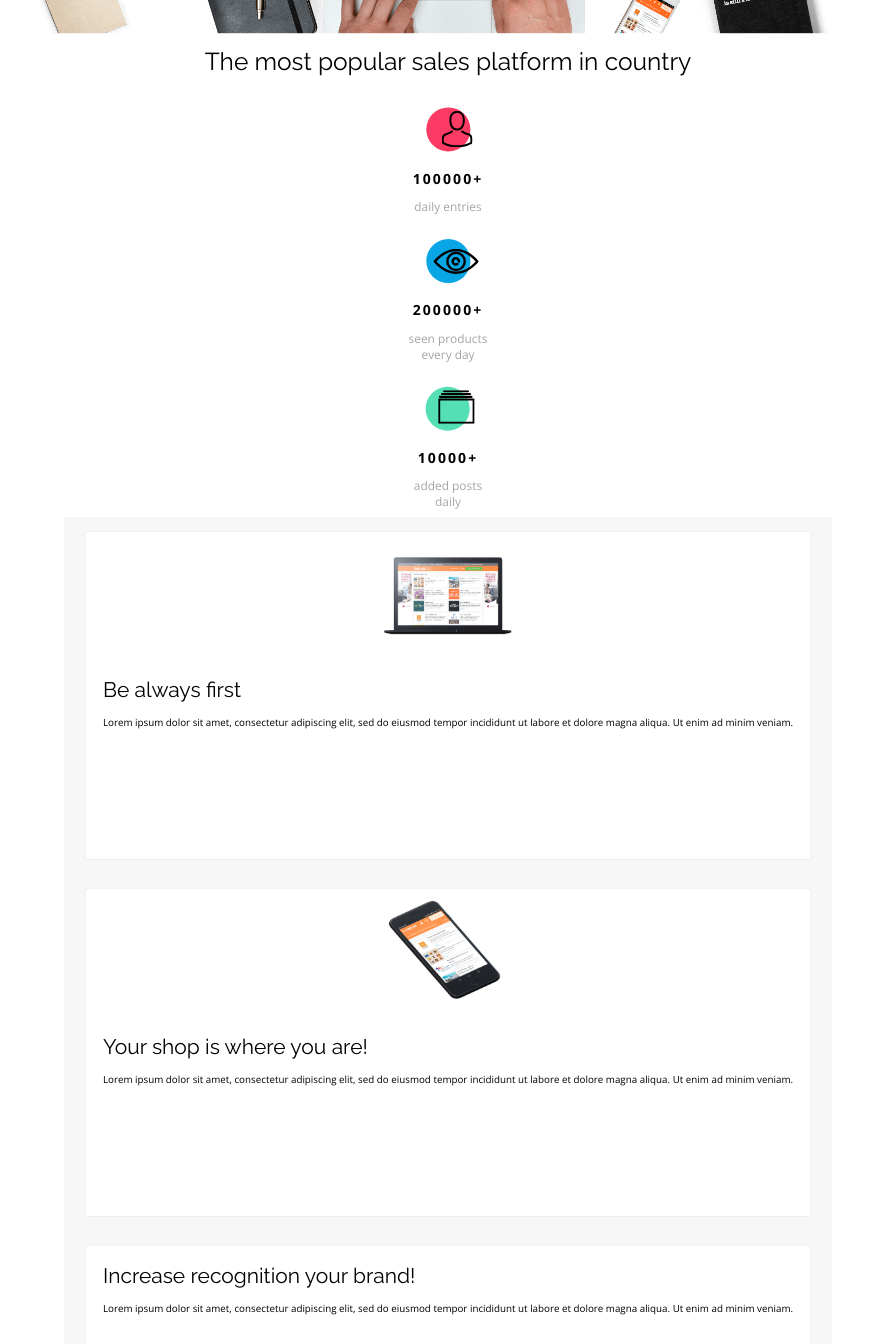
Repository: artwol993/BestShop
Page: index.html
The author's editor kept a copy of each file at every save. The page is drawn from the files as they stood at one save, then again after the next save.
The browser window is 1280 px wide. The pictures show the part of the page from y = 688 to 2608 px (the page is 3194 px tall), at 70% of full size.
The style sheet was rebuilt from its Sass, Less or Tailwind sources for each picture, by a compiler version that may differ from the author's.

Above is the page before, as saved 2020-05-31 18:25:02.

### index.html
<!DOCTYPE html>
<html lang="en">
<head>
    <meta charset="UTF-8">
    <meta name="viewport" content="width=device-width, initial-scale=1.0">
    <title>BestShop[artwol993]</title>
    <link rel="stylesheet" href="css/main.css">
    <style>
        @import url('https://fonts.googleapis.com/css2?family=Open+Sans:wght@400;700&display=swap');
    </style>
    <style>
        @import url('https://fonts.googleapis.com/css2?family=Raleway:wght@300;400;700;800&display=swap');
    </style>
</head>
<body>
    <div class="main__container">
        <header>
            <div class="logo">BestShop</div>
            <nav class="nav">
                <!-- <button class="hamburger" aria-label="Menu">
                    <span class="hamburger__container" tabindex="-1">
                        <span class="hamburger__bars"></span>
                      </span>
                </button> -->
                <div class="side__menu">
                    <!-- <ul class="nav__list">
                        <li class="nav__list-item"><a href="" class="nav__link">why us</a></li>
                        <li class="nav__list-item"><a href="" class="nav__link">benefits</a></li>
                        <li class="nav__list-item"><a href="" class="nav__link">prices</a></li>
                        <li class="nav__list-item"><a href="" class="nav__link">contact</a></li>
                    </ul> -->
                </div>
            </nav>
        </header>

        <div class="content__container">
            <div class="main">

<!-- welcome-section -->

                <section class="welcome">
                    <div class="welcome__content">
                        <h1>Sell More!</h1>
                        <p>Open shop on our platform and incrase your sales</p>
                        <button class="main-btn">Open your shop</button>
                    </div>
                    <img src="/assets/Background.png" alt="notebook-picture" class="welcome__picture">
                </section>

<!-- stats-section -->

                <section class="stats">
                    <h2>The most popular sales platform in country</h2>
                    <div class="stats__container">
                        <div class="stats__bin">
                            <div class="stats__circle-person"></div>
                            <img src="./assets/Person.svg" alt="person-contour" class="stats__img-person">
                            <span>100000+</span>
                            <p>daily entries</p>
                        </div>
                        <div class="stats__bin">
                            <div class="stats__circle-eye"></div>
                            <img src="./assets/Eye.svg" alt="person-contour" class="stats__img-eye">
                            <span>200000+</span>
                            <p>seen products<br> every day</p>
                        </div>
                        <div class="stats__bin">
                            <div class="stats__circle-catalog"></div>
                            <img src="./assets/Catalog.svg" alt="person-contour" class="stats__img-catalog">
                            <span>10000+</span>
                            <p>added posts <br> daily</p>
                        </div>
                    </div>
                </section>

<!-- profits-section -->

                <section class="profits">
                    <div class="profits__container">
                        <div class="profits__box">
                            <div class="profits__box__double-img">
                                <img src="/assets/Macbook.png" alt="notebook-picture" class="notebook-picture">
                            </div>
                            <div class="profits__box__double">
                                <h2>Be always first</h2>
                                <p>Lorem ipsum dolor sit amet, consectetur adipiscing elit, sed do eiusmod tempor incididunt ut labore et dolore magna aliqua. Ut enim ad minim veniam.</p>
                            </div>
                        </div>
                        <div class="profits__box">
                            <div class="profits__box__double-img">
                                <img src="/assets/iPhone.png" alt="phone-picture" class="phone-picture">
                            </div>
                            <div class="profits__box__double">
                                <h2>Your shop is where you are!</h2>
                                <p>Lorem ipsum dolor sit amet, consectetur adipiscing elit, sed do eiusmod tempor incididunt ut labore et dolore magna aliqua. Ut enim ad minim veniam.</p>
                            </div>
                        </div>
                        <div class="profits__box">
                            <div class="profits__box__double">
                                <h2>Increase recognition your brand!</h2>
                                <p>Lorem ipsum dolor sit amet, consectetur adipiscing elit, sed do eiusmod tempor incididunt ut labore et dolore magna aliqua. Ut enim ad minim veniam.</p>
                            </div>
                            <div class="profits__box__double-img" class="trumpet">
                                <img src="/assets/Trumpet.png" alt="trumpet-photo" >
                            </div>
                        </div>

                    </div>
                </section>

<!-- pricing-section -->

                <section class="pricing">
                    <div class="pricing__container">
                        <h2></h2>
                        <div class="pricing__box">
                            <div class="pricing__box__price">

                            </div>
                            <div class="pricing__box__list">
                            <li class="include">100 MB HDD</li>
                            <li class="include">1 Subdomain</li>
                            <li class="include">2 E-mails</li>
                            <li class="not__include">Two years license</li>
                            <li class="not__include">Full support</li>

                        </div>
                        </div>
                        <div class="pricing__box">
                            <div class="pricing__box">
                                <div class="pricing__box__price">
                                    <ul class="pricing__list">
                                        <li class="include">500 MB HDD</li>
                                        <li class="include">2 Subdomain</li>
                                        <li class="include">5 E-mails</li>
                                        <li class="include">One year license</li>
                                        <li class="not__include">Full support</li>
                                    </ul>
                                </div>

                            </div>
                        </div>
                        <div class="pricing__box">

                        </div>


                    </div>
                </section>

<!-- contact-section -->

                <section class="contact"></section>
            </div>
        </div>

        <footer>
            <div class="logo">BestShop</div>
            <div class="footer-icon"></div>
            <div class="footer-icon"></div>
        </footer>
    </div>
</body>
</html>

### scss/main.scss
    $c-primary-first: #08a6e4;
    $c-primary-second: #fb3b64;
    $c-primary-third: #55dfb4;
    $c-black: #000000;
    $c-white: #ffffff;
    $c-background: #f7f7f7;
    $c-details: #a5a5a5;
    $c-shadow: #00000029;
    $f-h: 'Raleway', sans-serif;
    $f-p: 'Open Sans', sans-serif;
    $fw-light: 300;
    $fw-normal: 400;
    $fw-bold: 700;
    $fw-black: 800;

/*reset*/

  * {
      margin: 0;
      padding: 0;
      box-sizing: border-box;
  }

  /* fonts */

  a, p, ul, span {
    font-family: $f-p;
  }

  h1 {
    font-size: 3.063rem;
    font-weight: $fw-normal;
    font-family: $f-h;
    color: $c-black;
  }

  h2 {
    font-size: 2.188rem;
    font-weight: $fw-normal;
    font-family: $f-h;
    color: $c-black;
  }

  h3 {
    font-size: 1.25rem;
    font-weight: $fw-bold;
    margin: 5px;
    font-family: $f-h;
    color: $c-black;
  }

  .logo {
    font-size: 2rem;
    font-weight: $fw-light;
    font-family: $f-h;
    color: $c-primary-first;
    text-decoration: none;
    cursor: pointer;
  }

  .body {
      width: 100vh;
  }
  /*header*/
  header {
      height: 70px;
      display: flex;
      align-items: center;
      justify-content: space-between;
      padding: 0 25px;
      box-shadow: 0px 3px 6px $c-shadow;
  }

//   .hamburger {
//     margin: 0;
//     padding: 0;
//     border: 0;
//     background-color: transparent;
//     cursor: pointer;
//     &:focus {
//         & > .hamburger__container {
//           	box-shadow: 0 0 2px 2px #51a7e8;
//         }
//     }
//   }

//   .hamburger__container {
//     display: flex;
//     align-items: center;
//     position: relative;
//     width: 35px;
//     height: 30px;
//   }

//   .hamburger__bars {
//     position: absolute;
//     width: 35px;
//     height: 2px;
//     background-color: #000;
//     transition: transform 220ms ease-in-out;
//     &:before, &:after {
//         display: block;
//         position: absolute;
//         width: 35px;
//         height: 2px;
//         background-color: #000;
//         content: '';
//     }
//     &:before {
//         top: -12px;
//         transition: top 100ms 250ms ease-in, transform 220ms ease-in-out;
//     }
//     &:after {
//         bottom: -12px;
//         transition: bottom 100ms 250ms ease-in,
//           			transform 220ms ease-in-out;
//     }
//   }

//   .hamburger--active {
//     .hamburger__bars {
//         transform: rotate(225deg);
//         transition: transform 220ms 120ms ease-in-out;
//         &:before {
//             top: 0;
//             transition: top 100ms ease-out;
//         }
//         &:after {
//             bottom: 0;
//             transform: rotate(-90deg);
//             transition: bottom 100ms ease-out,
//             		  	transform 220ms 120ms ease-in-out;
//         }
//     }
// }

//   .hamburger, .hamburger__container {
//     &:focus {
//       	outline: none;
//   	}
//   }

//   .side__menu {
//     display: flex;
//     box-sizing: border-box;
//     position: absolute;
//     height: 70%;
//     width: 200px;
//     top: 70px;
//     right: -300px;
//     padding: 0;
//     background-color: red;
//     transition: 0.3s transform ease-in-out;
//   }

//   .side__menu ul {
//     position: absolute;
//     display: flex;
//     flex-direction: column;
//     box-sizing: border-box;
//     height: calc(100% - 70px);
//     flex-wrap: wrap;
//     margin: 0 10px;
//     padding: 0;
//     list-style-type: none;
//     align-content: flex-start;
//   }

//   .side-__menu ul li {
//     display: flex;
//     flex-direction: column;
//     height: 30px;
//     background: $c-primary-second;
//     flex-basis: 100%;
//     margin-top: 70px;
//     color: #696e9e;
//     border-radius: 5px;
//     overflow: hidden;
//   }

//   .side__menu ul li a {
//     display: flex;
//     padding: 10px;
//     align-items: center;
//     width: 100%;
//     height: 100%;
//     background: $c-primary-third;
//     text-decoration: none;
//     box-sizing: border-box;
//   }

//   .hamburger:focus ~ .side__menu, .side__menu:hover {
//     transform: translateX(-300px);
//   }

.nav__list {
  display: flex;
  justify-content: space-around;
  align-items: center;
}

.nav__list-item {
  // padding: 10px;
  list-style: none;
  // margin-right: 50px;
}

.nav__link {
  color: $c-details;
  font-weight: $fw-bold;
  text-decoration: none;
  text-transform: uppercase;
  font-size: 11px;

  &:hover {
    color: $c-black;
    border-bottom: solid 3px $c-primary-first;
    padding-bottom: 23px;
  }
}

/*content*/

.content__container {
  width: calc(100wv - 20px);
  // background: pink;
  display: flex;
  align-items: center;
  justify-content: center;
}

// .main {
//   background: blue;
// }

.welcome {
  display: flex;
  flex-direction: column;
  align-items: center;

}

.welcome__content {
  margin: 50px 10px;
  display: flex;
  flex-direction: column;
  align-items: center;
}

.welcome__content p {
  text-align: center;
  margin-top: 20px;
}

.main-btn {
  margin-top: 25px;
  padding: 22px 70px;
  border-radius: 40px;
  font-weight: 800;
  border: none;
  text-align: center;
  text-decoration: none;
  background: $c-primary-first;
  color: $c-white;
}

.welcome__picture {
  width: 100%;
  height: auto;
  margin-bottom: 20px;
  object-position: center;

}

// stats-section

.stats h2 {
  text-align: center;
}

.stats__container {
  display: flex;
  flex-direction: column;
  align-items: center;
  margin: 10px 0;
}

.stats__bin {
  margin-top: 25px;
  display: flex;
  flex-direction: column;
  align-items: center;
}

div[class*="stats__circle"] {
  width: 63px;
  height: 63px;
  border-radius: 50%;
  position: relative;
  margin: 10px 0;
}

.stats__circle-person {
  background: $c-primary-second;
}
.stats__circle-eye {
  background: $c-primary-first;
}

.stats__circle-catalog {
  background: $c-primary-third;
}

img[class*="stats__img"] {
  position: absolute;
}

.stats__img-person {
  margin-top: 15px;
  margin-left: 25px;
}

.stats__img-eye {
  width: 65px;
  margin-top: 24px;
  margin-left: 23px;
}

.stats__img-catalog {
  margin-top: 15px;
  margin-left: 25px;
}

.stats__bin span {
  font-size: 20px;
  font-weight: $fw-bold;
  margin-top: 15px;
  letter-spacing: 3px;
}

.stats__bin p {
  margin-top: 15px;
  font-size: 17px;
  font-weight: $fw-normal;
  color: $c-details;
  text-align: center;
}

/*profits-section*/

.profits {
  display: flex;
  flex-direction: column;
  align-items: center;
}

.profits__container {
  display: flex;
  flex-direction: column;
  align-items: center;
  background: $c-background;
}

.profits__box {
  height: 470px;
  margin: 20px 30px;
  background: $c-white;
  border-radius: 5px;
  border: solid 1px #E8E9ED;
  box-sizing: border-box;
  display: flex;
  flex-direction: column;
}

.profits__box__double {
  height: 60%;
  margin: 5px 5px;
}

.profits__box__double-img {
  height: 40%;
  display: flex;
  justify-content: center;
  align-items: center;
  box-sizing: border-box;
}

.profits__box__double-img:last-of-type {
  background: $c-primary-third;
  border-radius: 5px;
}

.profits__box__double-img img {
  width: 200px;
}


.profits__box__double h2 {
  font-size: 30px;
  margin: 20px;
}

.profits__box__double p {
  font-size: 14px;
  font-weight: $fw-normal;
  margin: 20px;
}

.phone-picture::after {
  content: "";
  width: 320px;
  height: 320px;
  background-color: $c-primary-first;
  display: block;
  border-radius: 50%;
  position: relative;
}

.notebook-picture ::after {
  content: "";
  width: 320px;
  height: 320px;
  background-color: $c-primary-second;
  display: block;
  border-radius: 50%;
  position: relative;
  top: 278px;
}

// pricing section

After the next save:
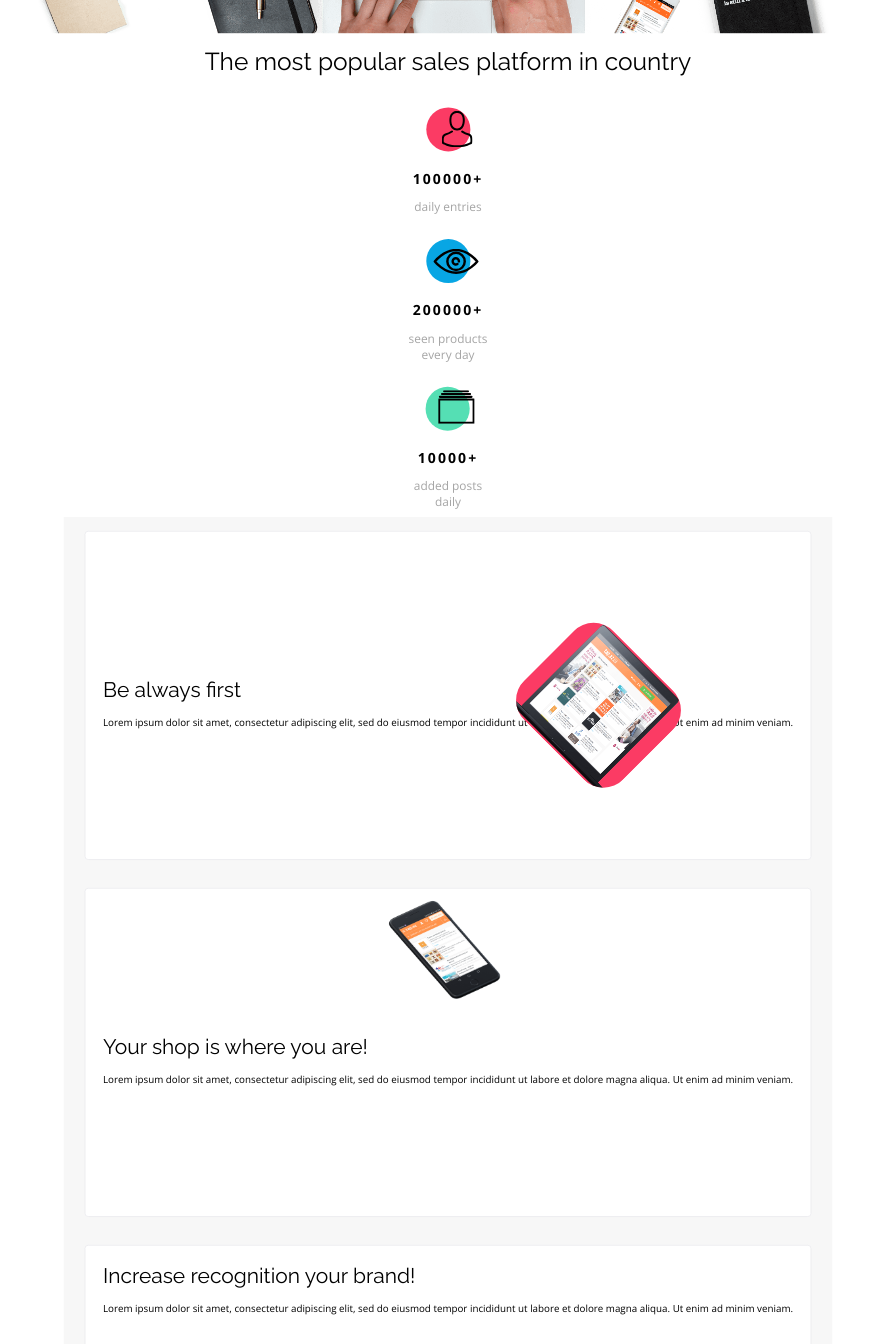
Saved 11 min 11 s later.
--- a/scss/main.scss
+++ b/scss/main.scss
@@ -406,6 +406,19 @@
   margin: 20px;
 }
 
+.notebook-picture {
+  content: "";
+  width: 180px;
+  height: 180px;
+  background-color: $c-primary-second;
+  display: block;
+  border-radius: 40px;
+  position: relative;
+  transform: rotate(45deg);
+  right: -215px;
+  top: 157px;
+}
+
 .phone-picture::after {
   content: "";
   width: 320px;
@@ -416,15 +429,6 @@
   position: relative;
 }
 
-.notebook-picture ::after {
-  content: "";
-  width: 320px;
-  height: 320px;
-  background-color: $c-primary-second;
-  display: block;
-  border-radius: 50%;
-  position: relative;
-  top: 278px;
-}
+
 
 // pricing section

After the save that followed:
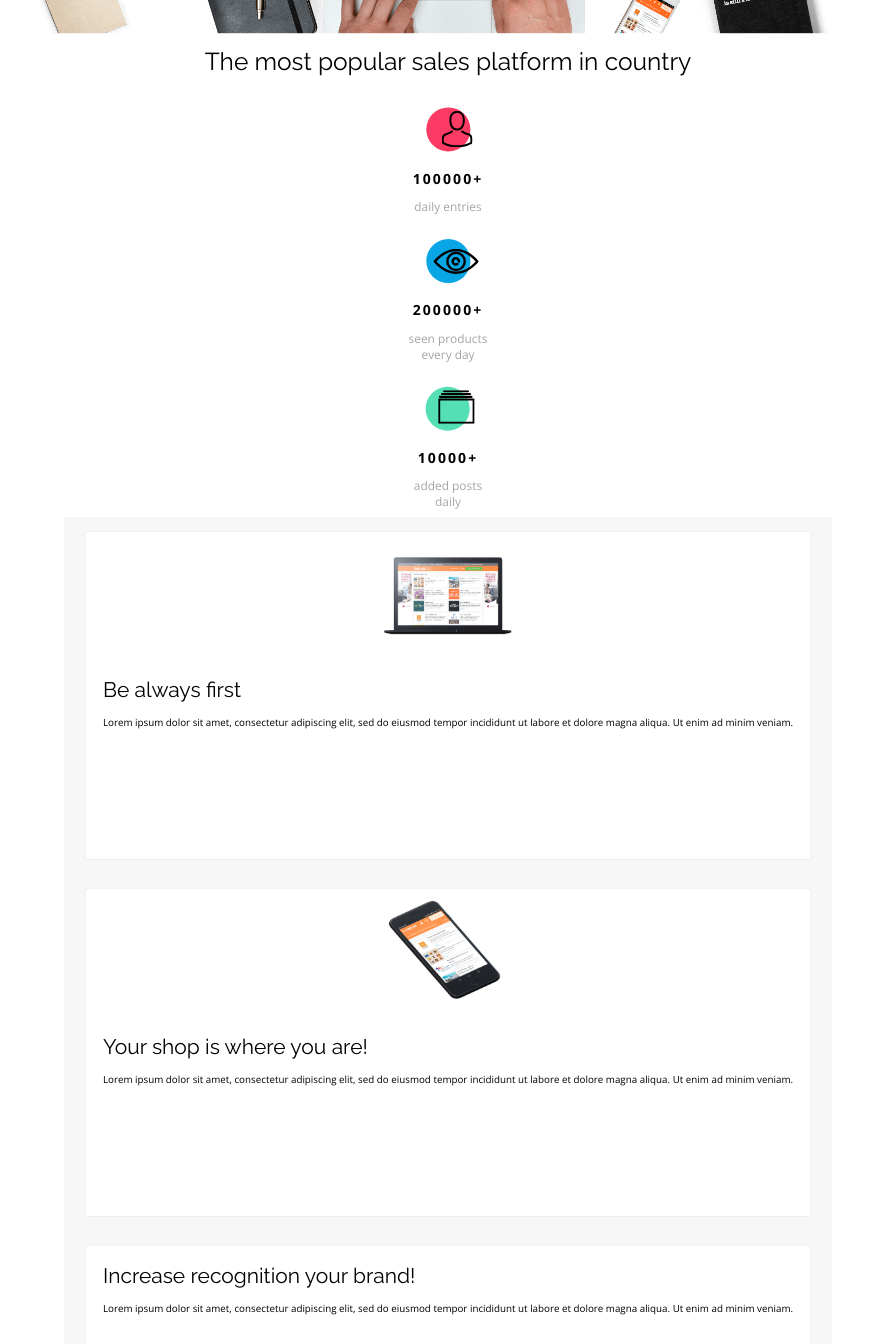
Saved 38 s later.
--- a/scss/main.scss
+++ b/scss/main.scss
@@ -406,7 +406,7 @@
   margin: 20px;
 }
 
-.notebook-picture {
+.notebook-picture::after {
   content: "";
   width: 180px;
   height: 180px;
